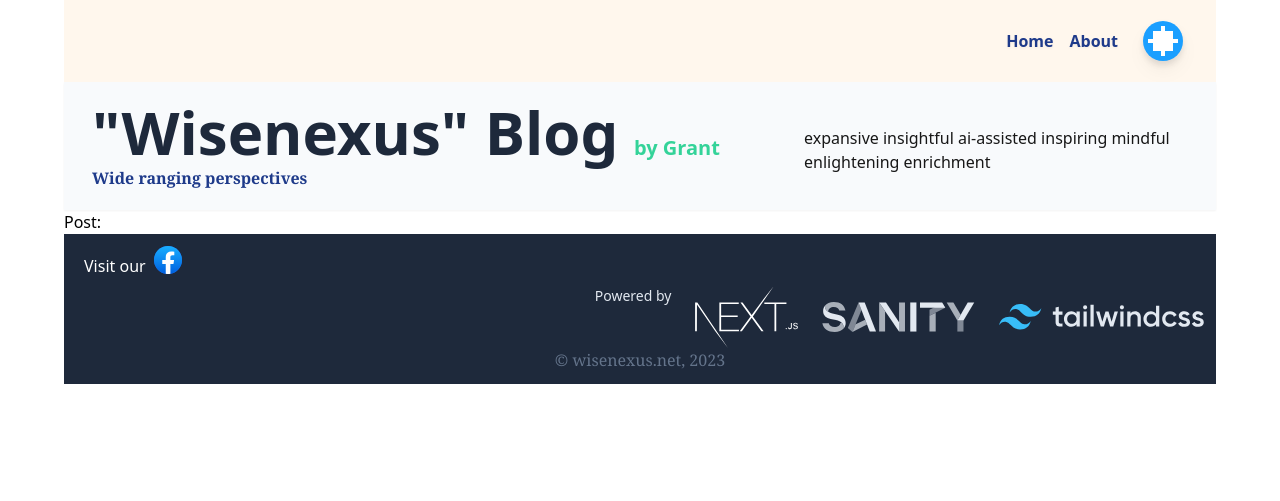
Repository: gpgundersen/sanity3-nextjs13-blog
Page: /post
These files come from the project's save history. The page is drawn as it stood at one moment and after the next save; the edit follows.
The browser window is 1280 px wide. The pictures show the whole page.
The project was rebuilt for these pictures with package versions that can differ from the ones it lists, and the page was loaded fresh each time. The framework's server and built-in components were replaced by stand-ins that run in the browser. Also part of the build but not shown: next.config.js.

Above is the page before, as saved 2023-02-05 16:56:36.

### app/(user)/layout.tsx
import Header from "../../components/Header"
import Banner from "../../components/Banner"
import Footer from "../../components/Footer"
import "../../styles/globals.css";

export default function RootLayout({
  children,
}: {
  children: React.ReactNode
}): JSX.Element {
  return (
    <html>
      <head />
      <body className="max-w-6xl mx-auto">
        <Header />
        <Banner />
        {children}
        <Footer />
        </body>
    </html>
  )
}

### app/(user)/post/page.tsx
import { client } from "../../../lib/sanity.client"

type Props = {
    params: {
        slug: string;
    };
};

function Post({params:
    { slug } }: Props) {
        return <div>Post: {slug}</div>;
    }


export default Post;

### components/Header.tsx
import NexusLogo from "./NexusLogo"
import Link from "next/link"

function Header() {
    return (
        <header className="flex items-center justify-end space-x-1 font-bold px-7 py-4 bg-orange-50">
            <div className="flex items-center justify-end space-x-4 mx-4 text-blue-900 drop-shadow-sm">
            <div className="hover:text-blue-500"><Link href="/">Home</Link></div>
            <div className="hover:text-blue-500"><Link href="/about/wise-phil">About</Link></div>
            </div>
            <div className="drop-shadow-lg">
               <NexusLogo />
            </div>
        </header>
    )
}

export default Header

### components/Banner.tsx
function Banner() {
    return <div className="flex items-center justify-between space-x-1 font-bold px-7 py-5 bg-slate-50 shadow-sm">
        <div >
            <h1 className="text-6xl text-slate-800">"Wisenexus" Blog <span className=" text-xl text-emerald-400">by Grant</span></h1>
            <h2 className="mt-4 md:mt-1 text-blue-900 font-serif">Wide ranging perspectives</h2>
        </div>
        <p className="mt-5 md:mt-2 max-w-sm text-neutral-900 font-thin">expansive insightful ai-assisted inspiring mindful enlightening enrichment</p>
        </div>

}

export default Banner

### components/Footer.tsx
import FbIcon from "./FbIcon"
import NextJsIcon from "./NextJsIcon"
import SanityIcon from "./SanityIcon"
import TailwindIcon from "./TailwindIcon"

function Footer() {
    return <div className="bg-slate-800 text-slate-200">
      <div className="container p-3">
        <div className="flex justify-start">
            <p className="text-white m-2 font-light">Visit our</p><FbIcon />
        </div>
        <div className="flex justify-end space-x-6">
          <p className="text-sm sm:flex-row">Powered by</p><NextJsIcon /><SanityIcon /><TailwindIcon /></div>
       <h6 className="font-serif text-slate-500 text-center">© wisenexus.net, 2023</h6>
      </div>
    </div>
}

export default Footer

### components/NexusLogo.tsx
function NexusLogo(props: any) {
    const {renderDefault, title} = props;
    return <div className="flex items-center space-x-2">
        <svg width="50" height="50" viewBox="0 0 50 50">
            <circle cx="25" cy="25" r="20" fill="#1B9FFF"/>
            <rect x="15" y="15" width="20" height="20" fill="white"/>
            <path d="M 25 10 L 25 40" stroke="white" strokeWidth="4"/>
            <path d="M 10 25 L 40 25" stroke="white" strokeWidth="4"/>
        </svg>
        {renderDefault && <>{renderDefault(props)}</>}
    </div>;
}

export default NexusLogo

### components/FbIcon.tsx
function FbIcon() {
    return <button className="bg-blue-600 rounded-full w-7 h-full">
      <a target="_blank" href="https://www.facebook.com/wise.nexus" rel="noopener noreferrer">
        <svg className="fill-white" xmlns="http://www.w3.org/2000/svg" viewBox="0 0 40 40">
          <linearGradient xmlns="http://www.w3.org/2000/svg" id="a" x1="-277.375" x2="-277.375" y1="406.6018" y2="407.5726" gradientTransform="matrix(40 0 0 -39.7778 11115.001 16212.334)" gradientUnits="userSpaceOnUse">
            <stop offset="0" stopColor="#0062e0"/>
            <stop offset="1" stopColor="#19afff"/>
          </linearGradient>
            <path xmlns="http://www.w3.org/2000/svg" fill="url(#a)" d="M16.7 39.8C7.2 38.1 0 29.9 0 20 0 9 9 0 20 0s20 9 20 20c0 9.9-7.2 18.1-16.7 19.8l-1.1-.9h-4.4l-1.1.9z"/>
            <path xmlns="http://www.w3.org/2000/svg" fill="#fff" d="m27.8 25.6.9-5.6h-5.3v-3.9c0-1.6.6-2.8 3-2.8H29V8.2c-1.4-.2-3-.4-4.4-.4-4.6 0-7.8 2.8-7.8 7.8V20h-5v5.6h5v14.1c1.1.2 2.2.3 3.3.3 1.1 0 2.2-.1 3.3-.3V25.6h4.4z"/>
        </svg>
      </a>
    </button>
}

export default FbIcon

### components/NextJsIcon.tsx
function NextJsIcon() {
    return <button className="">
        <a target="_blank" href="https://nextjs.org/" rel="noopener noreferrer">
            <svg xmlns="http://www.w3.org/2000/svg" width="103px" height="62px" viewBox="0 0 207 124" fill="white">
            <path d="M48.9421964,32.6320058 L87.9011585,32.6320058 L87.9011585,35.7136421 L52.5134345,35.7136421 L52.5134345,58.9070103 L85.7908813,58.9070103 L85.7908813,61.9886466 L52.5134345,61.9886466 L52.5134345,87.4526941 L88.306981,87.4526941 L88.306981,90.5343303 L48.9421964,90.5343303 L48.9421964,32.6320058 Z M91.3912326,32.6320058 L95.5306221,32.6320058 L113.8738,58.0960534 L132.622801,32.6320058 L158.124498,0.286809811 L116.22757,60.7722112 L137.817329,90.5343303 L133.51561,90.5343303 L113.8738,63.4483691 L94.1508254,90.5343303 L89.9302715,90.5343303 L111.682358,60.7722112 L91.3912326,32.6320058 Z M139.359455,35.713642 L139.359455,32.6320058 L183.756439,32.6320058 L183.756439,35.7136421 L163.302983,35.7136421 L163.302983,90.5343303 L159.731745,90.5343303 L159.731745,35.7136421 L139.359455,35.713642 Z"/>
            <polygon points="0.202923647 32.6320058 4.66697141 32.6320058 66.2235778 124.303087 40.785176 90.5343303 3.93649086 37.0111732 3.77416185 90.5343303 0.202923647 90.5343303"/>
            <path d="M183.396622,86.5227221 C184.134938,86.5227221 184.673474,85.9601075 184.673474,85.233037 C184.673474,84.5059658 184.134938,83.9433513 183.396622,83.9433513 C182.666993,83.9433513 182.11977,84.5059658 182.11977,85.233037 C182.11977,85.9601075 182.666993,86.5227221 183.396622,86.5227221 Z M186.905793,83.1297235 C186.905793,85.2763149 188.460599,86.678523 190.727662,86.678523 C193.142388,86.678523 194.601647,85.233037 194.601647,82.7229099 L194.601647,73.8855335 L192.655968,73.8855335 L192.655968,82.7142542 C192.655968,84.1078073 191.952397,84.8521899 190.710289,84.8521899 C189.598473,84.8521899 188.842785,84.1597409 188.816727,83.1297235 L186.905793,83.1297235 Z M197.146664,83.0172011 C197.285642,85.2503478 199.153145,86.678523 201.932686,86.678523 C204.903321,86.678523 206.762139,85.1811034 206.762139,82.792155 C206.762139,80.9138876 205.702439,79.8752151 203.131364,79.2779777 L201.750279,78.9404092 C200.117298,78.5595622 199.457158,78.0488813 199.457158,77.1573541 C199.457158,76.0321243 200.482113,75.296398 202.019547,75.296398 C203.478806,75.296398 204.48639,76.0148135 204.668797,77.1660091 L206.562359,77.1660091 C206.44944,75.0626962 204.590622,73.5825873 202.045605,73.5825873 C199.309495,73.5825873 197.48542,75.0626962 197.48542,77.2871878 C197.48542,79.1221767 198.519063,80.2127835 200.786126,80.7407758 L202.401734,81.1302779 C204.060773,81.5197807 204.790402,82.091051 204.790402,83.0431676 C204.790402,84.1510859 203.643842,84.9560573 202.08035,84.9560573 C200.403939,84.9560573 199.240006,84.2030196 199.074971,83.0172011 L197.146664,83.0172011 Z"/>
            </svg>
        </a>
    </button>
}

export default NextJsIcon

### components/SanityIcon.tsx
function SanityIcon () {
    return <button className="">
        <a target="_blank" href="https://www.sanity.io/" rel="noopener noreferrer">
        <svg viewBox="0 0 105 22" fill="none" xmlns="http://www.w3.org/2000/svg" height="2em">
            <path opacity="0.7" d="M78.1793 7.99261V21.0028H73.9031V10.2138L78.1793 7.99261Z" fill="currentColor"></path>
            <path opacity="0.7" d="M20.9511 21.33L30.944 16.1051L29.7121 12.9141L23.1332 15.9821L20.9511 21.33Z" fill="currentColor"></path>
            <path opacity="0.5" d="M73.9031 10.2027L84.7443 4.65477L82.9126 1.5571L73.9031 5.95997V10.2027Z" fill="currentColor"></path>
            <path opacity="0.7" d="M43.3705 6.96233V21.0028H39.2927V1.00714L43.3705 6.96233Z" fill="currentColor"></path>
            <path opacity="0.5" d="M27.1299 6.18617L20.9511 21.33L17.7731 18.5943L25.1353 1.00714L27.1299 6.18617Z" fill="currentColor"></path>
            <path d="M25.1353 1.00714H29.3477L37.1386 21.0028H32.8269L25.1353 1.00714Z" fill="currentColor"></path>
            <path d="M44.0012 1.00714L52.9824 14.6682V21.0028L39.2927 1.00714H44.0012Z" fill="currentColor"></path>
            <path d="M64.9183 1.00714H60.6739V21.0063H64.9183V1.00714Z" fill="currentColor"></path>
            <path d="M73.9031 4.65474H67.37V1.00714H82.5867L84.7443 4.65474H78.1793H73.9031Z" fill="currentColor"></path>
            <path opacity="0.5" d="M97.2754 13.4153V21.0028H93.0629V13.4153" fill="currentColor"></path>
            <path d="M93.0629 13.4152L100.191 1.00714H104.666L97.2754 13.4152H93.0629Z" fill="currentColor"></path>
            <path opacity="0.7" d="M93.063 13.4152L85.7363 1.00714H90.3456L95.3092 9.51008L93.063 13.4152Z" fill="currentColor"></path>
            <path d="M1.96126 3.31479C1.96126 6.09921 3.71145 7.75595 7.21536 8.62956L10.9283 9.47533C14.2444 10.2236 16.2639 12.0822 16.2639 15.1103C16.2897 16.4295 15.8531 17.7173 15.0274 18.7579C15.0274 15.7368 13.4367 14.1044 9.59972 13.1229L5.95409 12.3085C3.03475 11.6541 0.781478 10.1262 0.781478 6.83709C0.766123 5.56693 1.18116 4.32781 1.96126 3.31479" fill="currentColor"></path>
            <path opacity="0.7" d="M52.9824 13.6415V1.00714H57.0602V21.0028H52.9824V13.6415Z" fill="currentColor"></path>
            <path opacity="0.7" d="M12.7458 14.3689C14.3294 15.3643 15.0238 16.7565 15.0238 18.7544C13.713 20.4041 11.4101 21.33 8.70333 21.33C4.14718 21.33 0.958577 19.1268 0.25 15.2982H4.62547C5.18878 17.0559 6.68034 17.8703 8.67144 17.8703C11.1019 17.8703 12.7174 16.5964 12.7493 14.3619" fill="currentColor"></path>
            <path opacity="0.7" d="M4.23567 7.44267C3.5125 7.02045 2.9192 6.41375 2.51873 5.68697C2.11827 4.96019 1.92558 4.14045 1.96113 3.31476C3.22594 1.67891 5.42608 0.679993 8.10804 0.679993C12.7492 0.679993 15.4347 3.08852 16.0972 6.47856H11.8883C11.4242 5.14203 10.2621 4.10136 8.14347 4.10136C5.87957 4.10136 4.33487 5.39611 4.24629 7.44267" fill="currentColor"></path>
        </svg>
        </a>
    </button>
}

export default SanityIcon

### components/TailwindIcon.tsx
function TailwindIcon() {
    return <button className="">
        <a target="_blank" href="https://tailwindcss.com/" rel="noopener noreferrer">
            <svg xmlns="http://www.w3.org/2000/svg" width="204.8" height="25.6" viewBox="0 0 512 64">
                <path d="M52.898 0C38.792 0 29.976 7.053 26.45 21.16c5.29-7.054 11.462-9.699 18.515-7.935 4.024 1.005 6.9 3.926 10.084 7.157 5.186 5.264 11.189 11.357 24.3 11.357 14.106 0 22.922-7.053 26.449-21.16-5.29 7.054-11.462 9.699-18.515 7.935-4.024-1.005-6.9-3.926-10.084-7.157C72.012 6.093 66.01 0 52.898 0zM26.45 31.739c-14.106 0-22.922 7.053-26.449 21.16 5.29-7.054 11.461-9.699 18.514-7.935 4.025 1.007 6.9 3.926 10.084 7.157 5.186 5.264 11.19 11.357 24.3 11.357 14.107 0 22.923-7.053 26.45-21.16-5.29 7.054-11.462 9.699-18.515 7.935-4.024-1.005-6.9-3.926-10.084-7.156-5.186-5.265-11.189-11.358-24.3-11.358z" fill="#38bdf8"/>
                <path d="M158.687 26.747h-9.231v17.868c0 4.765 3.126 4.69 9.231 4.392v7.222c-12.358 1.489-17.272-1.936-17.272-11.614V26.747h-6.85v-7.743h6.85v-10l8.04-2.382v12.382h9.232zm35.192-7.743h8.04V56.23h-8.04v-5.36c-2.83 3.945-7.222 6.328-13.03 6.328-10.124 0-18.537-8.562-18.537-19.58 0-11.093 8.413-19.58 18.538-19.58 5.807 0 10.2 2.382 13.029 6.253zM182.115 49.53c6.7 0 11.764-4.989 11.764-11.912s-5.063-11.912-11.764-11.912-11.763 4.988-11.763 11.912 5.063 11.912 11.763 11.912zm33.205-36.11c-2.83 0-5.137-2.383-5.137-5.138a5.147 5.147 0 0 1 5.137-5.137 5.147 5.147 0 0 1 5.137 5.137c0 2.755-2.308 5.138-5.137 5.138zm-4.02 42.808V19.004h8.04V56.23zm17.346 0V1.881h8.041v54.348zm60.23-37.225h8.487L285.675 56.23h-7.892l-7.743-25.09-7.817 25.09h-7.891l-11.689-37.225h8.487l7.222 25.685 7.817-25.685h7.668l7.743 25.685zm18.464-5.583c-2.83 0-5.137-2.383-5.137-5.138a5.147 5.147 0 0 1 5.137-5.137 5.147 5.147 0 0 1 5.137 5.137c0 2.755-2.308 5.138-5.137 5.138zm-4.02 42.808V19.004h8.04V56.23zm36.926-38.193c8.339 0 14.295 5.659 14.295 15.337v22.856h-8.04V34.192c0-5.658-3.277-8.636-8.34-8.636-5.285 0-9.454 3.127-9.454 10.72V56.23h-8.04V19.004h8.04v4.765c2.457-3.871 6.477-5.733 11.54-5.733zM392.66 4.114h8.04V56.23h-8.04v-5.36c-2.83 3.945-7.222 6.328-13.029 6.328-10.125 0-18.538-8.562-18.538-19.58 0-11.093 8.413-19.58 18.538-19.58 5.807 0 10.2 2.382 13.029 6.253zM380.896 49.53c6.7 0 11.763-4.989 11.763-11.912s-5.063-11.912-11.763-11.912-11.763 4.988-11.763 11.912 5.062 11.912 11.763 11.912zm46.754 7.668c-11.242 0-19.654-8.562-19.654-19.58 0-11.093 8.412-19.58 19.654-19.58 7.296 0 13.625 3.796 16.603 9.603l-6.924 4.02c-1.638-3.498-5.286-5.732-9.753-5.732-6.552 0-11.54 4.988-11.54 11.689s4.988 11.688 11.54 11.688c4.467 0 8.115-2.308 9.902-5.732l6.923 3.945c-3.126 5.882-9.455 9.679-16.75 9.679zm30.003-27.919c0 6.775 20.027 2.68 20.027 16.454 0 7.445-6.477 11.465-14.517 11.465-7.445 0-12.806-3.35-15.188-8.71l6.924-4.021c1.191 3.35 4.169 5.36 8.264 5.36 3.573 0 6.328-1.19 6.328-4.169 0-6.626-20.027-2.903-20.027-16.23 0-6.998 6.03-11.39 13.624-11.39 6.105 0 11.168 2.828 13.773 7.742l-6.774 3.797c-1.34-2.903-3.946-4.244-6.999-4.244-2.903 0-5.435 1.266-5.435 3.946zm34.322 0c0 6.775 20.027 2.68 20.027 16.454 0 7.445-6.477 11.465-14.518 11.465-7.445 0-12.805-3.35-15.188-8.71l6.924-4.021c1.191 3.35 4.17 5.36 8.264 5.36 3.574 0 6.328-1.19 6.328-4.169 0-6.626-20.027-2.903-20.027-16.23 0-6.998 6.03-11.39 13.625-11.39 6.104 0 11.167 2.828 13.773 7.742l-6.775 3.797c-1.34-2.903-3.946-4.244-6.998-4.244-2.904 0-5.435 1.266-5.435 3.946z" fill="currentColor"/>
            </svg>
        </a>
    </button>
}

export default TailwindIcon

Loaded but not shown: styles/globals.css (common file); tailwind.config.js (common file)

After the next save:
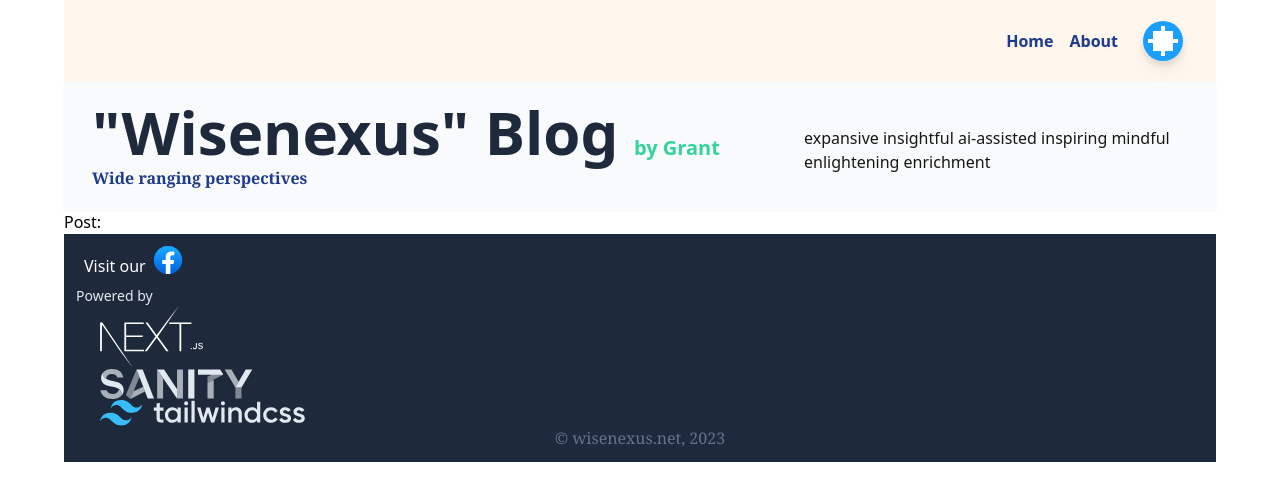
Saved 40 s later.
--- a/components/Footer.tsx
+++ b/components/Footer.tsx
@@ -9,8 +9,8 @@
         <div className="flex justify-start">
             <p className="text-white m-2 font-light">Visit our</p><FbIcon />
         </div>
-        <div className="flex justify-end space-x-6">
-          <p className="text-sm sm:flex-row">Powered by</p><NextJsIcon /><SanityIcon /><TailwindIcon /></div>
+        <div className="flex justify-end space-x-6 sm:flex-col">
+          <p className="text-sm">Powered by</p><NextJsIcon /><SanityIcon /><TailwindIcon /></div>
        <h6 className="font-serif text-slate-500 text-center">© wisenexus.net, 2023</h6>
       </div>
     </div>

After the 2 saves that followed:
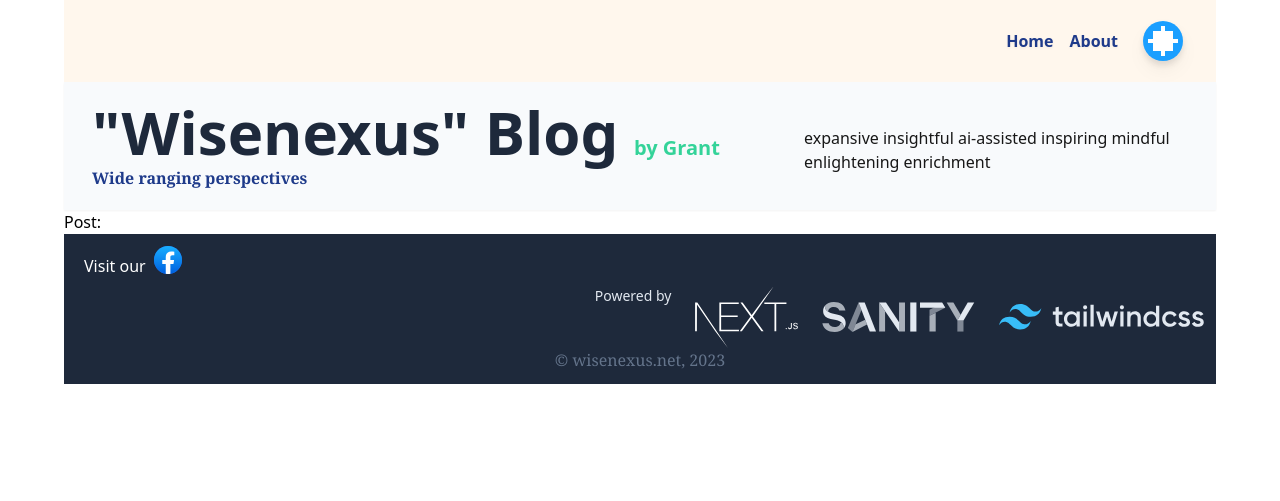
The 2 saves are shown as one change because 1 left the picture as it was.
The last was saved 90 s later.
--- a/components/Footer.tsx
+++ b/components/Footer.tsx
@@ -9,7 +9,7 @@
         <div className="flex justify-start">
             <p className="text-white m-2 font-light">Visit our</p><FbIcon />
         </div>
-        <div className="flex justify-end space-x-6 sm:flex-col">
+        <div className="flex justify-end space-x-6 md:flex-row">
           <p className="text-sm">Powered by</p><NextJsIcon /><SanityIcon /><TailwindIcon /></div>
        <h6 className="font-serif text-slate-500 text-center">© wisenexus.net, 2023</h6>
       </div>
